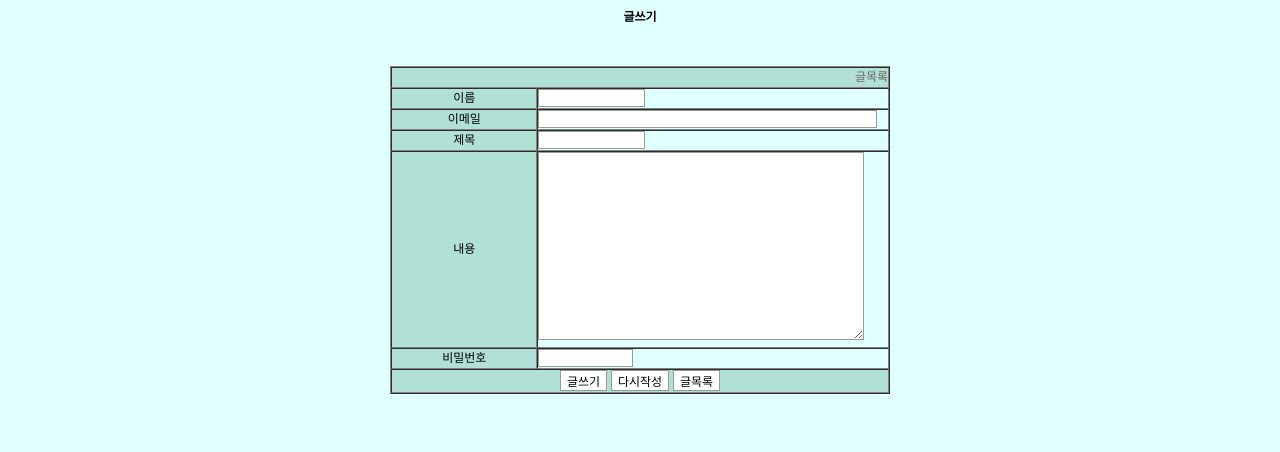
Repository: noopzzya/study_jsp_globalin
Page: http://localhost/ServletProject/boardone/writeForm.jsp
An editor plug-in stored every save of this project. The page is shown before and after the next save, followed by the edit.
The browser window is 1280 px wide. The pictures show the whole page.
The page is served by Tomcat 9. Other server files are loaded and not shown.

Above is the page before, as saved 2023-02-08 02:40:26.

### ServletProject/src/main/webapp/boardone/writeForm.jsp
<%@ page language="java" contentType="text/html; charset=UTF-8"
    pageEncoding="UTF-8"%>
<%@ include file = "view/color.jsp" %>

<!DOCTYPE html>
<html>
<head>
<meta charset="UTF-8">
<title>My Board</title>
<link href="style.css" rel="stylesheet" type="text/css">
<script type="text/javascript" src="script.js"></script>
</head>

<!-- 새글인지 답변글인지 구분 -->
<%
	int num=0, ref=1, step=0, depth=0;
	try{

		//답변글, 댓글인 경우
		if(request.getParameter("num") != null){
			num = Integer.parseInt(request.getParameter("num"));
			ref = Integer.parseInt(request.getParameter("ref"));
			step = Integer.parseInt(request.getParameter("step"));
			depth = Integer.parseInt(request.getParameter("depth"));
		}
%>

<body bgcolor="<%=bodyback_c%>">

<div align="center"><b>글쓰기</b></div><br><br>

<form action="writeProc.jsp" method="post" name="writeForm" onsubmit="return writeSave()">

<input type="hidden" name="num" value="<%=num%>">
<input type="hidden" name="ref" value="<%=ref%>">
<input type="hidden" name="step" value="<%=step%>">
<input type="hidden" name="depth" value="<%=depth%>">

<table width="500" border="1" cellpadding="0" cellspacing="0" align="center" bgcolor="<%=bodyback_c%>">
	<tr>
		<td align="right" colspan="2" bgcolor="<%=value_c%>">
			<a href="list.jsp">글목록</a>
		</td>
	</tr>

	<tr>
		<td width="150" bgcolor="<%=value_c%>" align="center">이름</td>
		<td width="350">
			<input type="text" size="12" maxlength="12" name="writer">
		</td>
	</tr>

	<tr>
		<td width="150" bgcolor="<%=value_c%>" align="center">이메일</td>
		<td width="350">
			<%if(request.getParameter("num") == null){ %>
			<input type="text" size="50" maxlength="12" name="email">
			<%}else{ %>
			<input type="text" size="50" maxlength="12" name="email" value="[답변글]">
			<%} %>
		</td>
	</tr>

	<tr>
		<td width="150" bgcolor="<%=value_c%>" align="center">제목</td>
		<td width="350">
			<input type="text" size="12" maxlength="12" name="subject">
		</td>
	</tr>

	<tr>
		<td width="150" bgcolor="<%=value_c%>" align="center">내용</td>
		<td width="350">
			<textarea rows="13" cols="50" name="content"></textarea>
		</td>
	</tr>

	<tr>
		<td width="150" bgcolor="<%=value_c%>" align="center">비밀번호</td>
		<td width="350">
			<input type="password" size="10" maxlength="10" name="pass">
		</td>
	</tr>

	<tr>
		<td align="center" colspan="2" bgcolor="<%=value_c%>">
			<input type="submit" value="글쓰기">
			<input type="reset" value="다시작성">
			<input type="button" value="글목록" onclick="javascript:window.location='list.jsp'">
		</td>
	</tr>
</table>

</form>

<%}catch(Exception e){} %>

</body>
</html>

### ServletProject/src/main/webapp/boardone/view/color.jsp
<%@ page language="java" contentType="text/html; charset=UTF-8"
    pageEncoding="UTF-8"%>

<%
	String bodyback_c = "#e0ffff";
	String back_c = "#8fbc8f";
	String title_c = "#5f9ea0";
	String value_c = "#b0e0d6";
	String bar = "#778899";
%>

### ServletProject/src/main/webapp/boardone/style.css
@charset "UTF-8";
body {
	font-size: 9pt;
	color: black;
	line-height: 160%;
	font-family: 굴림, verdana, tahoma;
}

td {
	font-size: 9pt;
	color: black;
	line-height: 160%;
	font-family: 굴림, verdana, tahoma;
}

select {
	font-size: 9pt;
	color: black;
	line-height: 160%;
	font-family: 굴림, verdana, tahoma;
}

div {
	font-size: 9pt;
	color: black;
	line-height: 160%;
	font-family: 굴림, verdana, tahoma;
}

form {
	font-size: 9pt;
	color: black;
	line-height: 160%;
	font-family: 굴림, verdana, tahoma;
}

textarea {
	border-right: 1px solid #999999;
	border-top: 1px solid #999999;
	border-left: 1px solid #999999;
	border-bottom: 1px solid #999999;
	font-size: 9pt;
	color: black;
	font-family: 굴림, verdana, tahoma;
	background-color: white;
}

input {
	border-right: 1px solid #999999;
	border-top: 1px solid #999999;
	border-left: 1px solid #999999;
	border-bottom: 1px solid #999999;
	font-size: 9pt;
	color: black;
	font-family: 굴림, verdana, tahoma;
	background-color: white;
}

a:link {
	text-decoration: none;
	color: #696969;
}

a:hover {
	text-decoration: yes;
	color: #66ccff;
}

a:visited {
	text-decoration: none;
	color: #330066;
}

### ServletProject/src/main/webapp/boardone/script.js
function writeSave(){
	if(document.writeForm.writer.value == ""){
		alert("작성자를 입력해주세요.");
		document.writeForm.writer.focus();
		return false;
	}

	if(document.writeForm.email.value == ""){
		alert("이메일을 입력해주세요.");
		document.writeForm.email.focus();
		return false;
	}

	if(document.writeForm.subject.value == ""){
		alert("제목을 입력해주세요.");
		document.writeForm.subject.focus();
		return false;
	}

	if(document.writeForm.content.value == ""){
		alert("내용을 입력해주세요.");
		document.writeForm.content.focus();
		return false;
	}

	if(document.writeForm.pass.value == ""){
		alert("비밀번호를 입력해주세요.");
		document.writeForm.pass.focus();
		return false;
	}
}

After the next save:
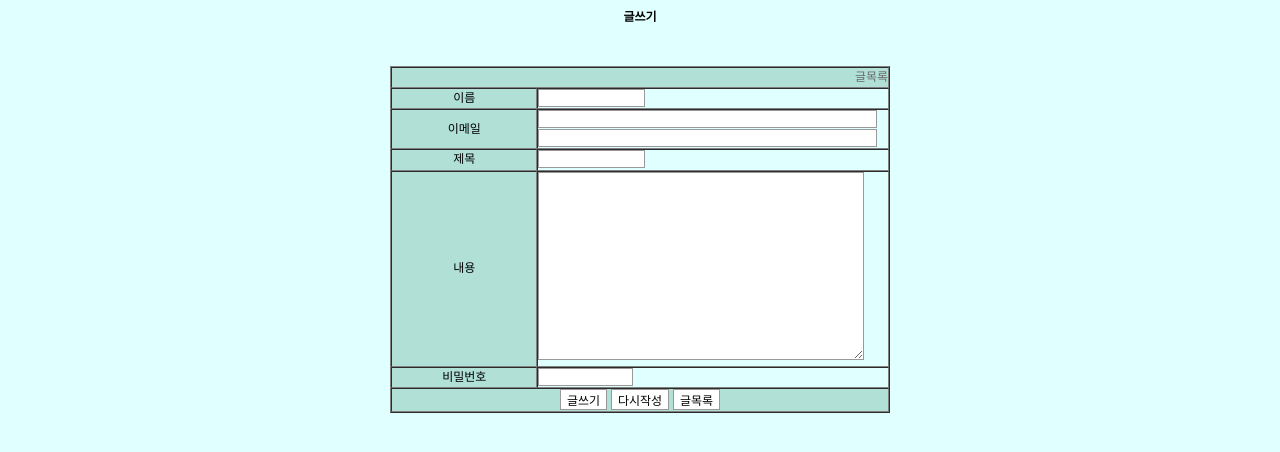
Saved 64 s later.
--- a/ServletProject/src/main/webapp/boardone/writeForm.jsp
+++ b/ServletProject/src/main/webapp/boardone/writeForm.jsp
@@ -53,18 +53,19 @@
 	<tr>
 		<td width="150" bgcolor="<%=value_c%>" align="center">이메일</td>
 		<td width="350">
-			<%if(request.getParameter("num") == null){ %>
 			<input type="text" size="50" maxlength="12" name="email">
-			<%}else{ %>
-			<input type="text" size="50" maxlength="12" name="email" value="[답변글]">
-			<%} %>
+			<input type="text" size="50" maxlength="12" name="email">
 		</td>
 	</tr>
 
 	<tr>
 		<td width="150" bgcolor="<%=value_c%>" align="center">제목</td>
 		<td width="350">
+			<%if(request.getParameter("num") == null){ %>
 			<input type="text" size="12" maxlength="12" name="subject">
+			<%}else{ %>
+			<input type="text" size="12" maxlength="12" name="subject" value="[답변글]">
+			<%} %>
 		</td>
 	</tr>
 
